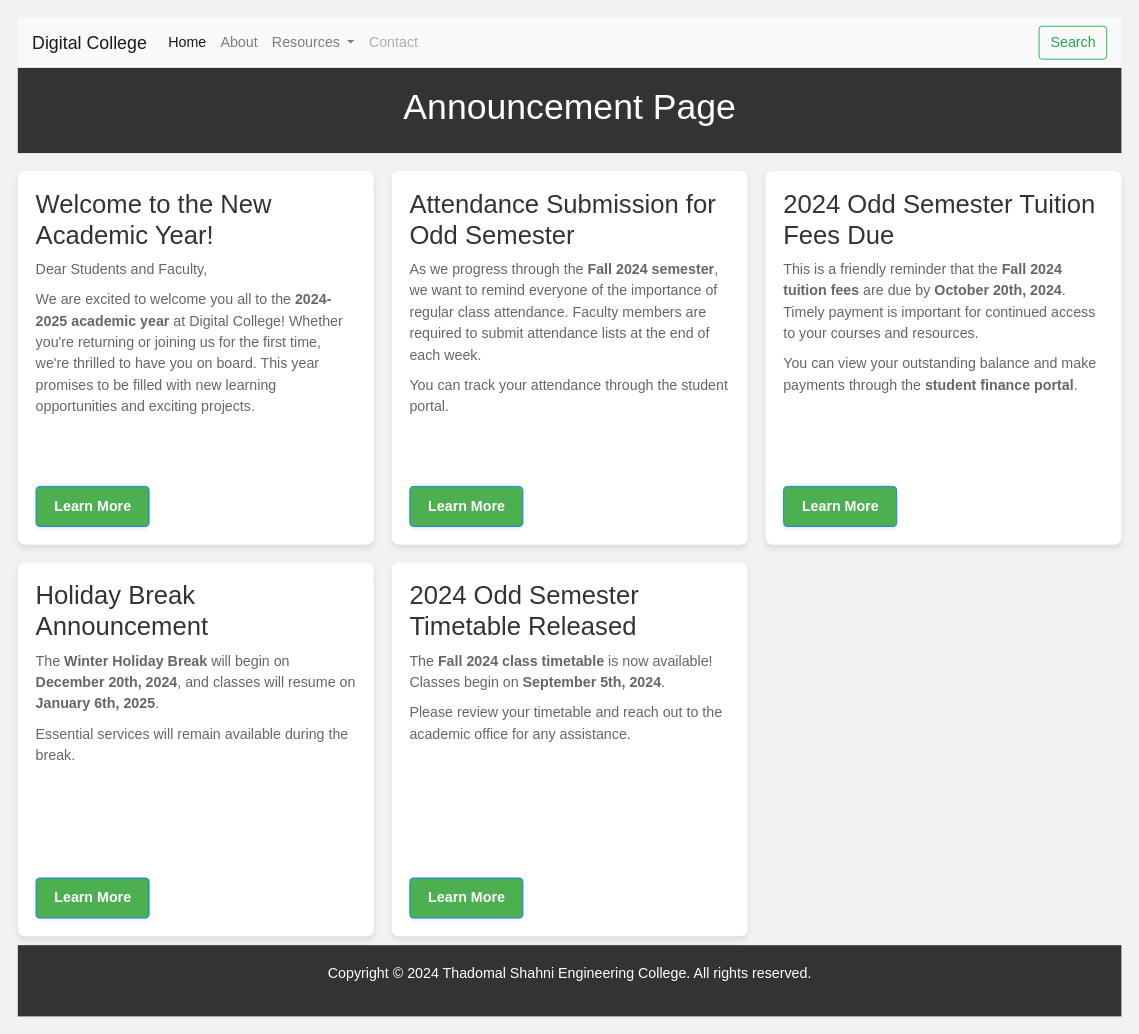
Repository: TejasS1233/MINITHON-hackathon-project
Page: annoucementpage.html
An editor plug-in stored every save of this project. The page is shown before and after the next save, followed by the edit.
The browser window is 1280 px wide. The pictures show the whole page, at 89% of full size.

Above is the page before, as saved 2024-09-20 11:11:21.

After the next save:
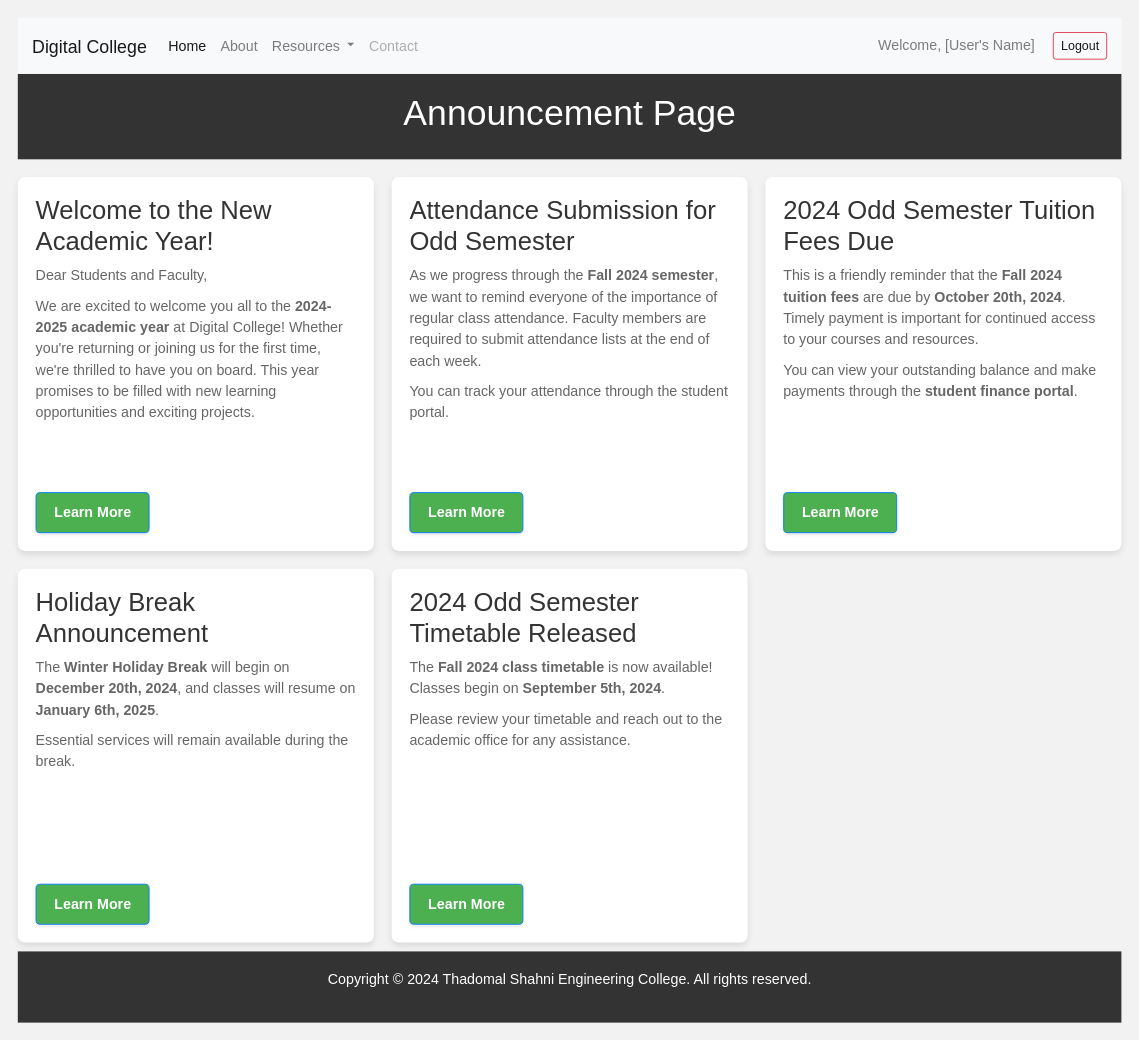
Saved 54 s later.
--- a/annoucementpage.html
+++ b/annoucementpage.html
@@ -6,7 +6,7 @@
     <meta http-equiv="X-UA-Compatible" content="ie=edge">
     <title>Announcement Page</title>
     <link rel="stylesheet" href="https://stackpath.bootstrapcdn.com/bootstrap/4.5.2/css/bootstrap.min.css">
-    <link rel="stylesheet" href="announcementpage.css"> <!-- Your custom styles -->
+    <link rel="stylesheet" href="styles.css"> <!-- Your custom styles -->
 </head>
 <body>
     <nav class="navbar navbar-expand-lg navbar-light bg-light">
@@ -38,9 +38,10 @@
                     <a class="nav-link disabled" href="#" tabindex="-1" aria-disabled="true">Contact</a>
                 </li>
             </ul>
-            <form class="form-inline my-2 my-lg-0">
-                <button class="btn btn-outline-success my-2 my-sm-0" type="submit">Search</button>
-            </form>
+            <div class="navbar-text">
+                <span class="user-info">Welcome, [User's Name]</span>
+                <a href="#" class="btn btn-outline-danger btn-sm ml-3">Logout</a>
+            </div>
         </div>
     </nav>
 
